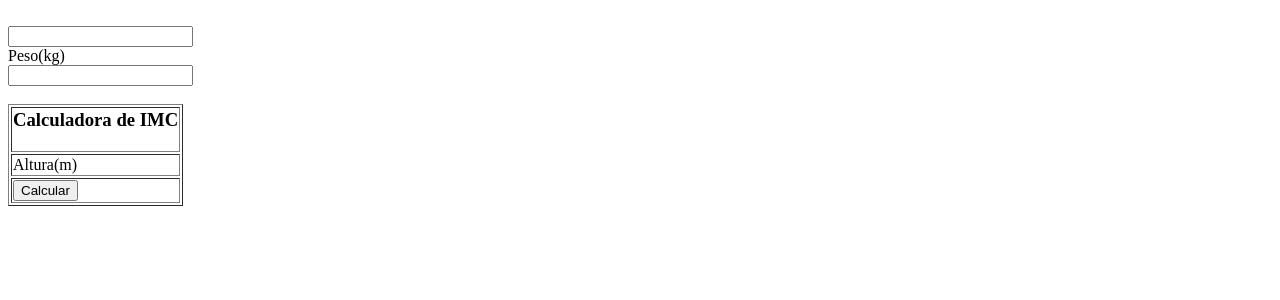
Repository: Patriciamativi/Projetos
Page: index.html
The author's editor kept a copy of each file at every save. The page is drawn from the files as they stood at one save, then again after a run of saves.
The browser window is 1280 px wide. The pictures show the whole page.

Above is the page before, as saved 2022-11-17 21:06:47.

### index.html
<html>
    <head>
        <title>Calculadora de IMC</title>
        <meta charset="utf-8"/>
    </head>
<table border="1">
    <br>
        <tr>
            <th><h3>Calculadora de IMC</h3></th> </tr>

        <tr><td>Altura(m)<br/></tr>
            <input type: "number" ></br> </td>

        <tr<td>Peso(kg)<br/>
            <input type: "number" > </br></br></td>

        <td><input type= "submit" value="Calcular"></td>

    </form>
    </table>
</body>
</html>

After the next 2 saves:
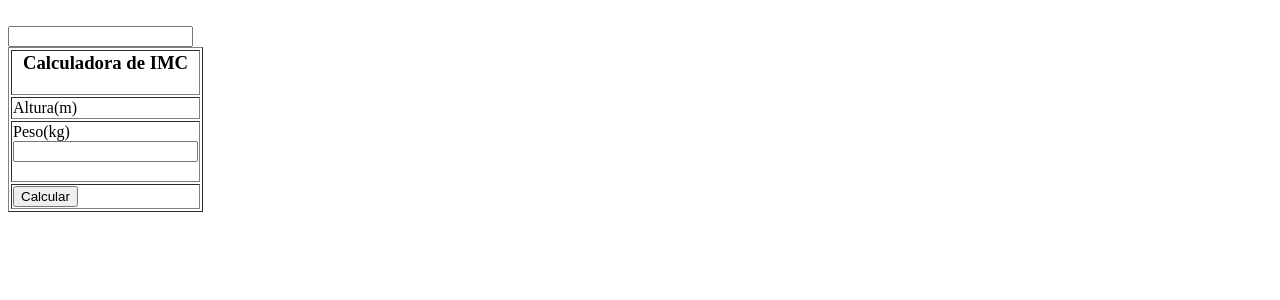
The 2 saves are shown as one change because they came seconds apart.
The last was saved 7 s later.
--- a/index.html
+++ b/index.html
@@ -11,8 +11,8 @@
         <tr><td>Altura(m)<br/></tr>
             <input type: "number" ></br> </td>
 
-        <tr<td>Peso(kg)<br/>
-            <input type: "number" > </br></br></td>
+        <tr><td>Peso(kg)<br/>
+            <input type: "number" > </br></br></td></tr>
 
         <td><input type= "submit" value="Calcular"></td>
 
